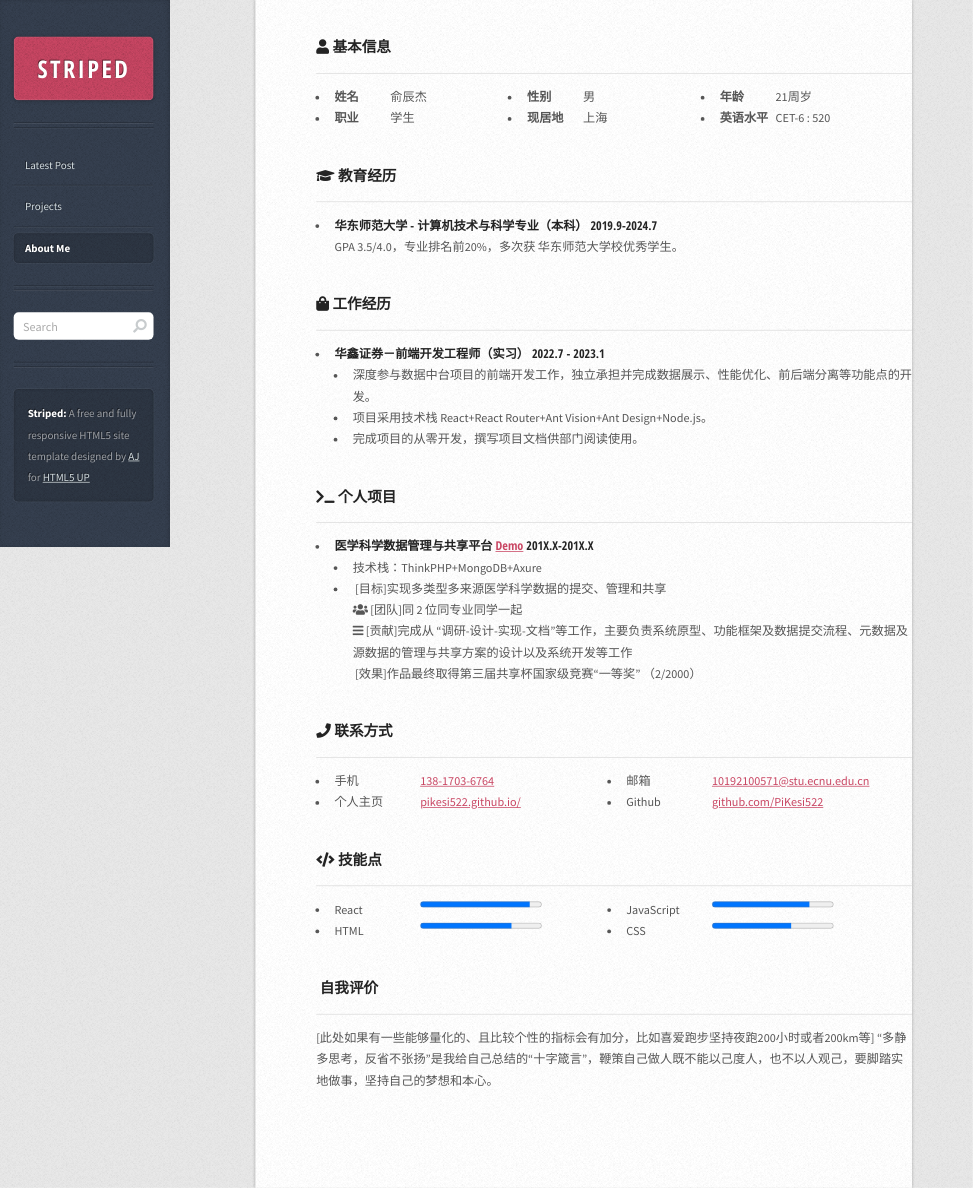
Repository: PiKesi522/PiKesi522.github.io
Page: about.html
The author's editor kept a copy of each file at every save. The page is drawn from the files as they stood at one save, then again after the next save.
The browser window is 1280 px wide. The pictures show the whole page, at 76% of full size.

Above is the page before, as saved 2023-04-10 19:04:49.

### about.html
<!DOCTYPE HTML>
<!--
	Striped by HTML5 UP
	html5up.net | @ajlkn
	Free for personal and commercial use under the CCA 3.0 license (html5up.net/license)
-->
<html>

<head>
    <title>Striped by HTML5 UP</title>
    <meta charset="utf-8" />
    <meta name="viewport" content="width=device-width, initial-scale=1, user-scalable=no" />
    <link rel="stylesheet" href="assets/css/main.css" />
</head>

<body class="is-preload">

    <!-- Content -->
    <div id="content">
        <div class="inner">

            <article class="container">
                <section class="side" id="side">
                    <!-- 个人肖像 -->
                    <!-- <section class="me"> -->

                    <!-- <h6 class="name" style="font-size: 30px;">PiKesi</h6> -->
                    <!-- <section class="portrait"> -->
                    <!-- 头像照片 -->
                    <!-- <img class="avatar" src="assets/images/avatar.jpg" style="padding-top: 1vh; width: 300px;" onload="loading()"> -->
                    <!-- </section> -->

                    <!-- </section> -->

                    <!-- 基本信息 -->
                    <section class="profile info-unit">
                        <h2>
                            <i class="fa fa-user" aria-hidden="true"></i> 基本信息
                        </h2>
                        <hr />
                        <ul style="display: grid;grid-template-columns:repeat(3, 33%);">
                            <li>
                                <div>
                                    <label style="font-weight: 600;">姓名</label>
                                    <span>俞辰杰</span>
                                </div>
                            </li>
                            <li>
                                <div>
                                    <label style="font-weight: 600;">性别</label>
                                    <span>男</span>
                                </div>
                            </li>
                            <li>
                                <div>
                                    <label style="font-weight: 600;">年龄</label>
                                    <span>21周岁</span>
                                </div>
                            </li>
                            <li>
                                <div>
                                    <label style="font-weight: 600;">职业</label>
                                    <span>学生</span>
                                </div>
                            </li>
                            <li>
                                <div>
                                    <label style="font-weight: 600;">现居地</label>
                                    <span>上海</span>
                                </div>
                            </li>
                            <li>
                                <div>
                                    <label style="font-weight: 600;">英语水平</label>
                                    <span>CET-6 : 520</span>
                                </div>
                            </li>
                            <!-- <li>
                                        <label>计算机水平</label>
                                        <span>软考中级</span>
                                    </li> -->
                        </ul>
                    </section>


                    <!--
                    <section class="qrcode info-unit">
                        <h2><i class="fa fa-qrcode" aria-hidden="true"></i>二维码</h2>
                        <hr />
                        <img src="https://github.com/if2er/FeZaoDuKe-Collection/blob/master/ifeees.jpg?raw=true"
                            style="width: 100%;" alt="">
                    </section> -->

                    <!-- 技术栈 -->
                    <!-- <div class="stack info-unit">
                                    <h2><i class="fa fa-code" aria-hidden="true"></i>其他</h2>
                                    <hr/>
                                    <ul>
                                        <li>
                                            <label>前端</label>
                                            <span>React、jQuery、微信小程序、Bootstrap、SASS、LESS</span>
                                        </li>
                                        <li>
                                            <label>后端</label>
                                            <span>Node.js、MySQL、MongoDB、WordPress、ThinkPHP</span>
                                        </li>
                                        <li>
                                            <label>其他</label>
                                            <span>Git、SVN、Markdown</span>
                                        </li>
                                    </ul>
                                </div> -->
                </section>

                <section class="main">

                    <!-- 教育经历 -->
                    <section class="edu info-unit">
                        <h2>
                            <i class="fa fa-graduation-cap" aria-hidden="true"></i> 教育经历
                        </h2>
                        <hr />
                        <ul>
                            <!-- <li>
                                <h3>
                                    <span>华东师范大学 - 计算机技术与科学专业</span>
                                    <time>2019.9-2024.7</time>
                                </h3>
                                <p>GPA
                                    <mark>3.5/4.0</mark>，期间发表国际会议英文摘要X篇，国内核心期刊文章X篇（其中第一作者X篇），获XXX，XXX2次，XXX2次。(此处根据自身情况填写，可以突出自己的亮点，或者跟求职目标相关的内容)
                                </p>
                            </li> -->
                            <li>
                                <h3>
                                    <span>华东师范大学 - 计算机技术与科学专业（本科）</span>
                                    <time>2019.9-2024.7</time>
                                </h3>
                                <p>GPA
                                    <mark>3.5/4.0</mark>，专业排名前20%，多次获 华东师范大学校优秀学生。
                                </p>
                            </li>
                        </ul>
                    </section>

                    <!-- 工作经历 -->
                    <section class="work info-unit">
                        <h2>
                            <i class="fa fa-shopping-bag" aria-hidden="true"></i> 工作经历
                        </h2>
                        <hr />
                        <ul>
                            <li>
                                <h3>
                                    <span>华鑫证券－前端开发工程师（实习）</span>
                                    <time>2022.7 - 2023.1</time>
                                </h3>
                                <ul class="info-content">
                                    <li>深度参与数据中台项目的前端开发工作，独立承担并完成数据展示、性能优化、前后端分离等功能点的开发。
                                    </li>
                                    <li>
                                        项目采用技术栈
                                        <mark>React+React Router+Ant Vision+Ant Design+Node.js</mark>。
                                    </li>
                                    <li>完成项目的从零开发，撰写项目文档供部门阅读使用。
                                    </li>
                                </ul>
                            </li>
                            <!-- <li>
                                <h3>
                                    <span>[经历2]XX－前端开发工程师（实习）</span>
                                    <time>20XX.10 - 20XX.7</time>
                                </h3>
                                <ul class="info-content">
                                    <li>深度参与公司主线产品「XXXX」的前端开发工作，完成帖子快捷回复、
                                        <mark>全站图片懒加载</mark>、活动banner、帖子管理（使用Yii框架）等功能。项目采用技术栈phpWind+NAMP。
                                        <a href="http://itsay.tech/162/" target="_blank">
                                            <i class="fa fa-link" aria-hidden="true"></i>博客文章</a>。
                                    </li>
                                    <li>主要参与公司产品「XXXX」的前端开发工作，实现接入微博、微信、QQ等
                                        <mark>第三方账号登录</mark>等功能。项目采用技术栈WordPress+NAMP。
                                    </li>
                                    <li>活动页面的开发（七夕活动、抽奖活动以及承接外包页面）。</li>
                                    <li>论坛
                                        <mark>图片增量备份</mark>（CentOS+vsftpd+crontab）
                                        <a href="#" target="_blank">
                                            <i class="fa fa-link" aria-hidden="true"></i>博客文章</a>。
                                    </li>
                                </ul>
                            </li> -->
                        </ul>
                    </section>

                    <!-- 项目经验 -->
                    <section class="project info-unit">
                        <h2>
                            <i class="fa fa-terminal" aria-hidden="true"></i> 个人项目
                        </h2>
                        <hr />
                        <ul>
                            <li>
                                <h3>
                                    <span>医学科学数据管理与共享平台</span>
                                    <span class="link">
                                        <a href="#" target="_blank">Demo</a>
                                    </span>
                                    <time>201X.X-201X.X</time>
                                </h3>
                                <ul class="info-content">
                                    <li>技术栈：ThinkPHP+MongoDB+Axure</li>
                                    <li>
                                        <i class="fa fa-paper-plane-o" aria-hidden="true"></i>
                                        [目标]实现多类型多来源医学科学数据的提交、管理和共享
                                        <br />
                                        <i class="fa fa-users" aria-hidden="true"></i>
                                        [团队]同 2 位同专业同学一起
                                        <br />
                                        <i class="fa fa-bars" aria-hidden="true"></i>
                                        [贡献]完成从
                                        <mark>“调研-设计-实现-文档”</mark>等工作，主要负责系统原型、功能框架及数据提交流程、元数据及源数据的管理与共享方案的设计以及系统开发等工作
                                        <br />
                                        <i class="fa fa-thumbs-o-up" aria-hidden="true"></i>
                                        [效果]作品最终取得第三届共享杯国家级竞赛“一等奖” （2/2000）
                                    </li>
                                </ul>
                            </li>
                            <!-- <li>
                                <h3>
                                    <span>[项目2]肿瘤流行病数据可视化</span>
                                    <span class="link">
                                        <a href="#" target="_blank">Demo</a>
                                    </span>
                                    <time>201X.X-201X.X</time>
                                </h3>
                                <ul class="info-content">
                                    <li>技术栈：HTML 5+D3.js+ECharts+MySQL</li>
                                    <li>
                                        <i class="fa fa-paper-plane-o" aria-hidden="true"></i>
                                        [目标]实现常见肿瘤流行病数据多维度可视化展示、数据透视及分析
                                        <br />
                                        <i class="fa fa-users" aria-hidden="true"></i>
                                        [团队]与 1 位同学
                                        <br />
                                        <i class="fa fa-bars" aria-hidden="true"></i>
                                        [贡献]分析项目需求，清洗并整理相关数据(扩展第三方知识组织系统和 Google trends 数据)，并用
                                        <mark>D3.js</mark> 和
                                        <mark>ECharts</mark> 进行图形化展示以及实现简易自动分析 功能
                                        <br />
                                        <i class="fa fa-thumbs-o-up" aria-hidden="true"></i>
                                        [效果]作品取得第二届共享杯国家级竞赛“特等奖”(1/1500)
                                    </li>
                                </ul>
                            </li>
                            <li>
                                <h3>
                                    <span>[项目3]肿瘤流行病数据可视化</span>
                                    <span class="link">
                                        <a href="#" target="_blank">Demo</a>
                                    </span>
                                    <time>201X.X-201X.X</time>
                                </h3>
                                <ul class="info-content">
                                    <li>技术栈：HTML 5+D3.js+ECharts+MySQL</li>
                                    <li>
                                        <i class="fa fa-paper-plane-o" aria-hidden="true"></i>
                                        [目标]实现常见肿瘤流行病数据多维度可视化展示、数据透视及分析
                                        <br />
                                        <i class="fa fa-users" aria-hidden="true"></i>
                                        [团队]与 1 位同学
                                        <br />
                                        <i class="fa fa-bars" aria-hidden="true"></i>
                                        [贡献]分析项目需求，清洗并整理相关数据(扩展第三方知识组织系统和 Google trends 数据)，并用
                                        <mark>D3.js</mark> 和
                                        <mark>ECharts</mark> 进行图形化展示以及实现简易自动分析功能
                                        <br />
                                        <i class="fa fa-thumbs-o-up" aria-hidden="true"></i>
                                        [效果]作品取得第二届共享杯国家级竞赛“特等奖”(1/1500)
                                    </li>
                                </ul>
                            </li>
                            <li>
                                <h3>
                                    <span>[项目4]肿瘤流行病数据可视化</span>
                                    <span class="link">
                                        <a href="#" target="_blank">Demo</a>
                                    </span>
                                    <time>201X.X-201X.X</time>
                                </h3>
                                <ul class="info-content">
                                    <li>技术栈：HTML 5+D3.js+ECharts+MySQL</li>
                                    <li>
                                        <i class="fa fa-paper-plane-o" aria-hidden="true"></i>
                                        [目标]实现常见肿瘤流行病数据多维度可视化展示、数据透视及分析
                                        <br />
                                        <i class="fa fa-users" aria-hidden="true"></i>
                                        [团队]与 1 位
                                        <br />
                                        <i class="fa fa-bars" aria-hidden="true"></i>
                                        [贡献]分析项目需求，清洗并整理相关数据(扩展第三方知识组织系统和 Google trends 数据)，并用
                                        <mark>D3.js</mark> 和
                                        <mark>ECharts</mark> 进行图形化展示以及实现简易自动分析 功能
                                        <br />
                                        <i class="fa fa-thumbs-o-up" aria-hidden="true"></i>
                                        [效果]作品取得第二届共享杯国家级竞赛“特等奖”(1/1500)
                                    </li>
                                </ul>
                            </li> -->

                        </ul>
                    </section>

                    <!-- 联系方式 -->
                    <section class="contact info-unit">
                        <h2>
                            <i class="fa fa-phone" aria-hidden="true"></i> 联系方式
                        </h2>
                        <hr />
                        <ul style="display: grid; grid-template-columns:repeat(2, 50%);">
                            <li>
                                <div>
                                    <label>手机</label>
                                    <a href="#" target="_blank">138-1703-6764</a>
                                </div>
                            </li>
                            <li>
                                <div>
                                    <label>邮箱</label>
                                    <a href="mailto:10192100571@stu.ecnu.edu.cn"
                                        target="_blank">10192100571@stu.ecnu.edu.cn</a>
                                </div>
                            </li>
                            <li>
                                <div>
                                    <label>个人主页</label>
                                    <a href="https://pikesi522.github.io/" target="_blank">pikesi522.github.io/</a>
                                </div>
                            </li>
                            <li>
                                <div>
                                    <label>Github</label>
                                    <a href="https://github.com/PiKesi522" target="_blank">github.com/PiKesi522</a>
                                </div>
                            </li>
                        </ul>
                    </section>

                    <!-- 技能点 -->
                    <section class="skill info-unit">
                        <h2>
                            <i class="fa fa-code" aria-hidden="true"></i> 技能点
                        </h2>
                        <hr />
                        <ul style="display: grid; grid-template-columns:repeat(2, 50%);">
                            <li>
                                <div style="display: grid; grid-template-columns: 30% 70%;">
                                    <label>React</label>
                                    <div>
                                        <progress value="90" max="100"></progress>
                                    </div>
                                </div>
                            </li>
                            <li>
                                <div style="display: grid; grid-template-columns: 30% 70%;">
                                    <label>JavaScript</label>
                                    <div>
                                        <progress value="80" max="100"></progress>
                                    </div>
                                </div>
                            </li>
                            <li>
                                <div style="display: grid; grid-template-columns: 30% 70%;">
                                    <label>HTML</label>
                                    <div>
                                        <progress value="75" max="100"></progress>
                                    </div>
                                </div>
                            </li>
                            <li>
                                <div style="display: grid; grid-template-columns: 30% 70%;">
                                    <label>CSS</label>
                                    <div>
                                        <progress value="65" max="100"></progress>
                                    </div>
                                </div>
                            </li>
                        </ul>
                    </section>

                    <!-- 自我评价 -->
                    <section class="work info-unit">
                        <h2>
                            <i class="fa fa-pencil" aria-hidden="true"></i> 自我评价
                        </h2>
                        <hr />
                        <p>[此处如果有一些能够量化的、且比较个性的指标会有加分，比如喜爱跑步坚持夜跑200小时或者200km等]
                            <span
                                class="mark-txt">“多静多思考，反省不张扬”</span>是我给自己总结的“十字箴言”，鞭策自己做人既不能以己度人，也不以人观己，要脚踏实地做事，坚持自己的梦想和本心。
                        </p>
                    </section>
                </section>
            </article>

        </div>
    </div>

    <!-- Sidebar -->
    <div id="sidebar">

        <!-- Logo -->
        <h1 id="logo"><a href="#">STRIPED</a></h1>

        <!-- Nav -->
        <nav id="nav">
            <ul>
                <li><a href="index.html">Latest Post</a></li>
                <li><a href="projects.html">Projects</a></li>
                <li class="current"><a href="about.html">About Me</a></li>
                <!-- <li><a href="#">Contact Me</a></li> -->
            </ul>
        </nav>

        <!-- Search -->
        <section class="box search">
            <form method="post" action="#">
                <input type="text" class="text" name="search" placeholder="Search" />
            </form>
        </section>

        <!-- Text -->
        <section class="box text-style1">
            <div class="inner">
                <p>
                    <strong>Striped:</strong> A free and fully responsive HTML5 site
                    template designed by <a href="http://twitter.com/ajlkn">AJ</a> for <a
                        href="http://html5up.net/">HTML5 UP</a>
                </p>
            </div>
        </section>
    </div>

    <!-- Scripts -->
    <script src="assets/js/jquery.min.js"></script>
    <script src="assets/js/browser.min.js"></script>
    <script src="assets/js/breakpoints.min.js"></script>
    <script src="assets/js/util.js"></script>
    <script src="assets/js/main.js"></script>

</body>

</html>

Loaded but not shown: assets/js/jquery.min.js (library); assets/js/browser.min.js (common file); assets/js/breakpoints.min.js (common file); assets/css/fontawesome-all.min.css (library); assets/js/util.js (587 lines, source omitted); assets/css/main.css (3019 lines, source omitted); public/assets/js/main.js (no copy from this time; the picture is the same without it)

After the next save:
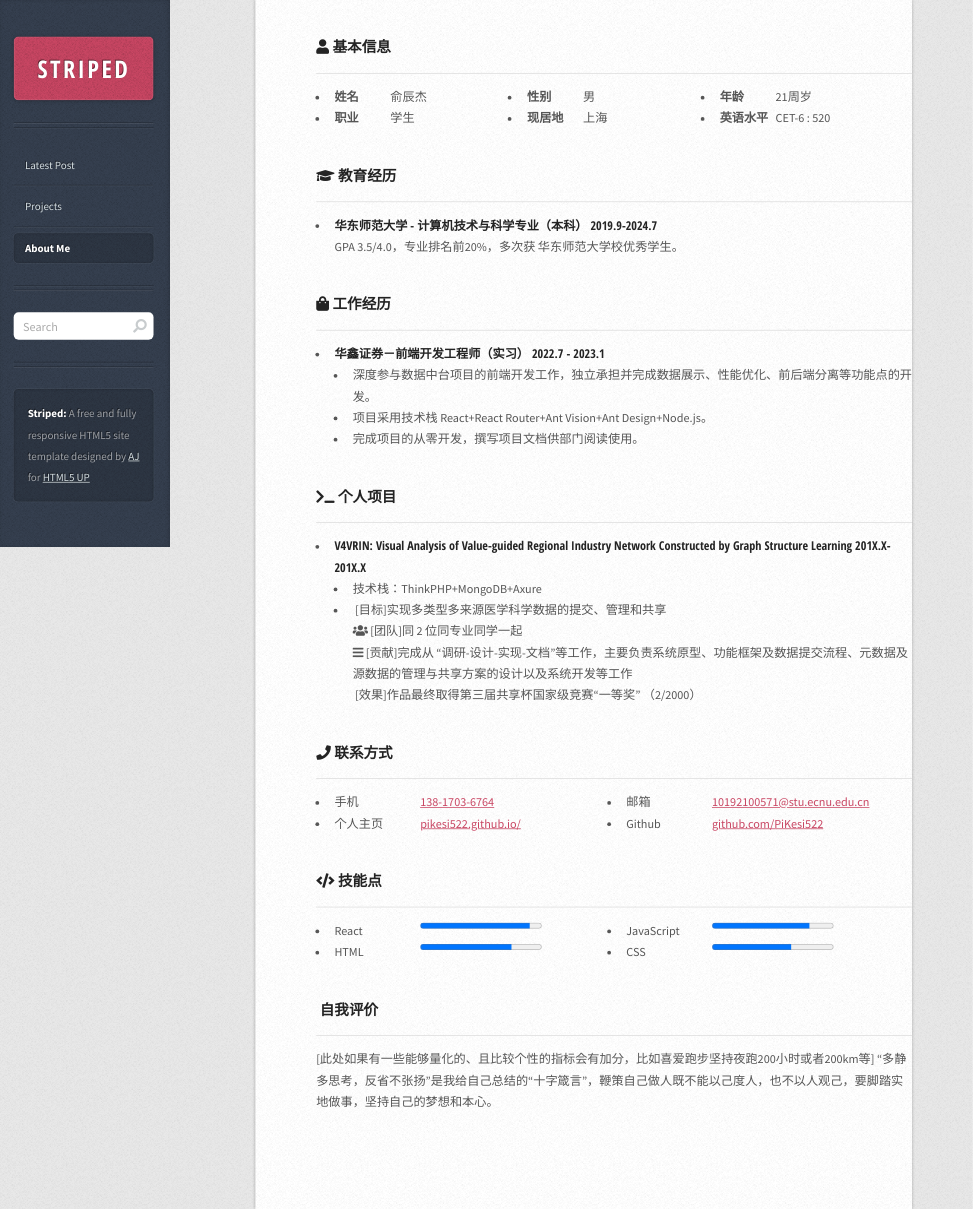
Saved 7 min 19 s later.
--- a/about.html
+++ b/about.html
@@ -199,9 +199,9 @@
                         <ul>
                             <li>
                                 <h3>
-                                    <span>医学科学数据管理与共享平台</span>
+                                    <span>V4VRIN: Visual Analysis of Value-guided Regional Industry Network Constructed by Graph Structure Learning</span>
                                     <span class="link">
-                                        <a href="#" target="_blank">Demo</a>
+                                        <!-- <a href="#" target="_blank">Demo</a> -->
                                     </span>
                                     <time>201X.X-201X.X</time>
                                 </h3>
